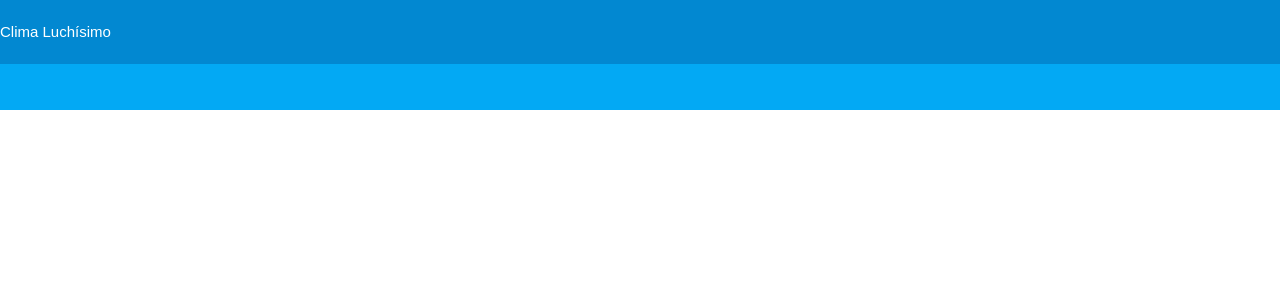
Repository: lmencos/clima
Page: /
An editor plug-in stored every save of this project. The page is shown before and after the next save, followed by the edit.
The browser window is 1280 px wide. The pictures show the whole page.
The project was rebuilt for these pictures with package versions that can differ from the ones it lists, and the page was loaded fresh each time.

Above is the page before, as saved 2020-09-17 18:54:11.

After the next save:
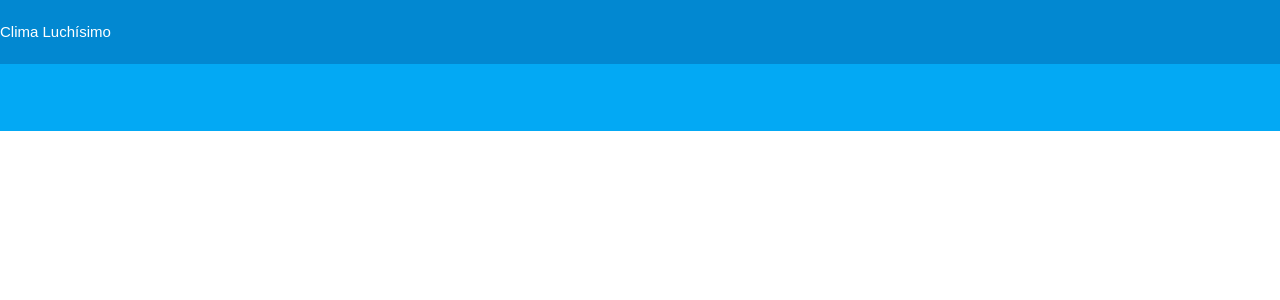
Saved 68 s later.
--- a/src/App.js
+++ b/src/App.js
@@ -9,7 +9,12 @@ function App() {
       />
       <div className="contenedor-form" >
         <div className="container" >
+          <div className="row" >
+            <div className="col m6 s12" >
 
+            </div>
+
+          </div>
         </div>
 
       </div>
